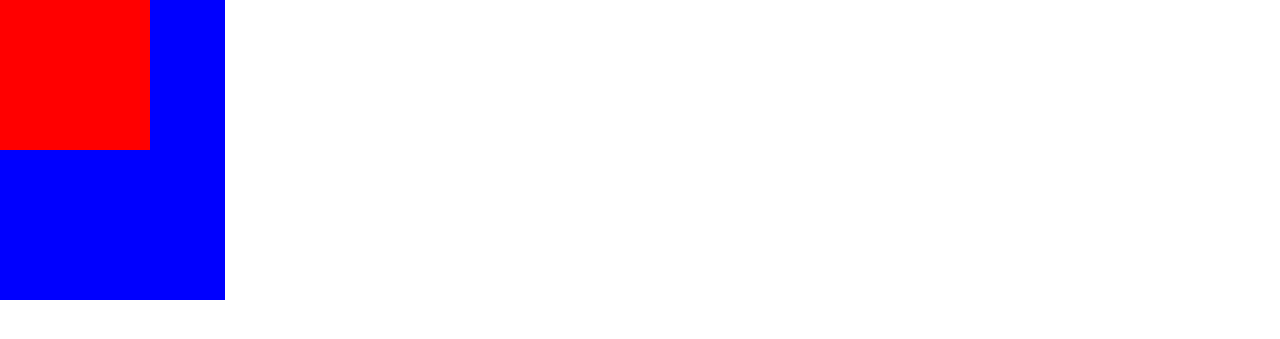
Repository: Luc010/Exercices
Page: HTML CSS/cours/float2.html
These files come from the project's save history. The page is drawn as it stood at one moment and after the next save; the edit follows.
The browser window is 1280 px wide. The pictures show the whole page.

Above is the page before, as saved 2019-09-05 09:44:20.

### HTML CSS/cours/float2.html
<!DOCTYPE html>
<html lang="en">
<head>
    <meta charset="UTF-8">
    <meta name="viewport" content="width=device-width, initial-scale=1.0">
    <meta http-equiv="X-UA-Compatible" content="ie=edge">
    <title>Document</title>
    <style>
        body{
            margin: 0;
            overflow: auto;
        }
        .bloc{
            background-color: blue;
            height: 300px;
            width: 225px;
        }
        .blocRed{
            background-color: red;
            height: 50px;
            width: 50px;
            padding: 50px;
        }
    </style>
</head>
<body>
    <div class="bloc">
        <div class="blocRed">

        </div>
    </div>
</body>
</html>

After the next save:
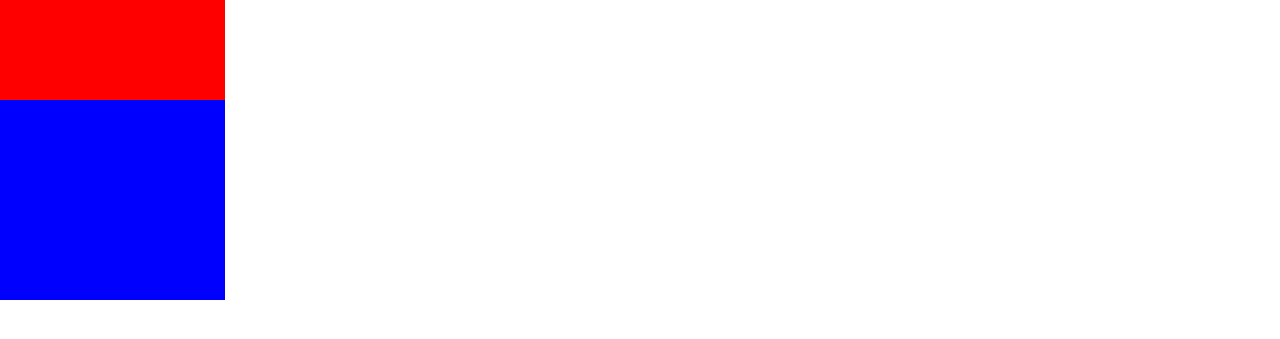
Saved 11 s later.
--- a/HTML CSS/cours/float2.html
+++ b/HTML CSS/cours/float2.html
@@ -17,9 +17,7 @@
         }
         .blocRed{
             background-color: red;
-            height: 50px;
-            width: 50px;
-            padding: 50px;
+            padding: 50px 50px;
         }
     </style>
 </head>
